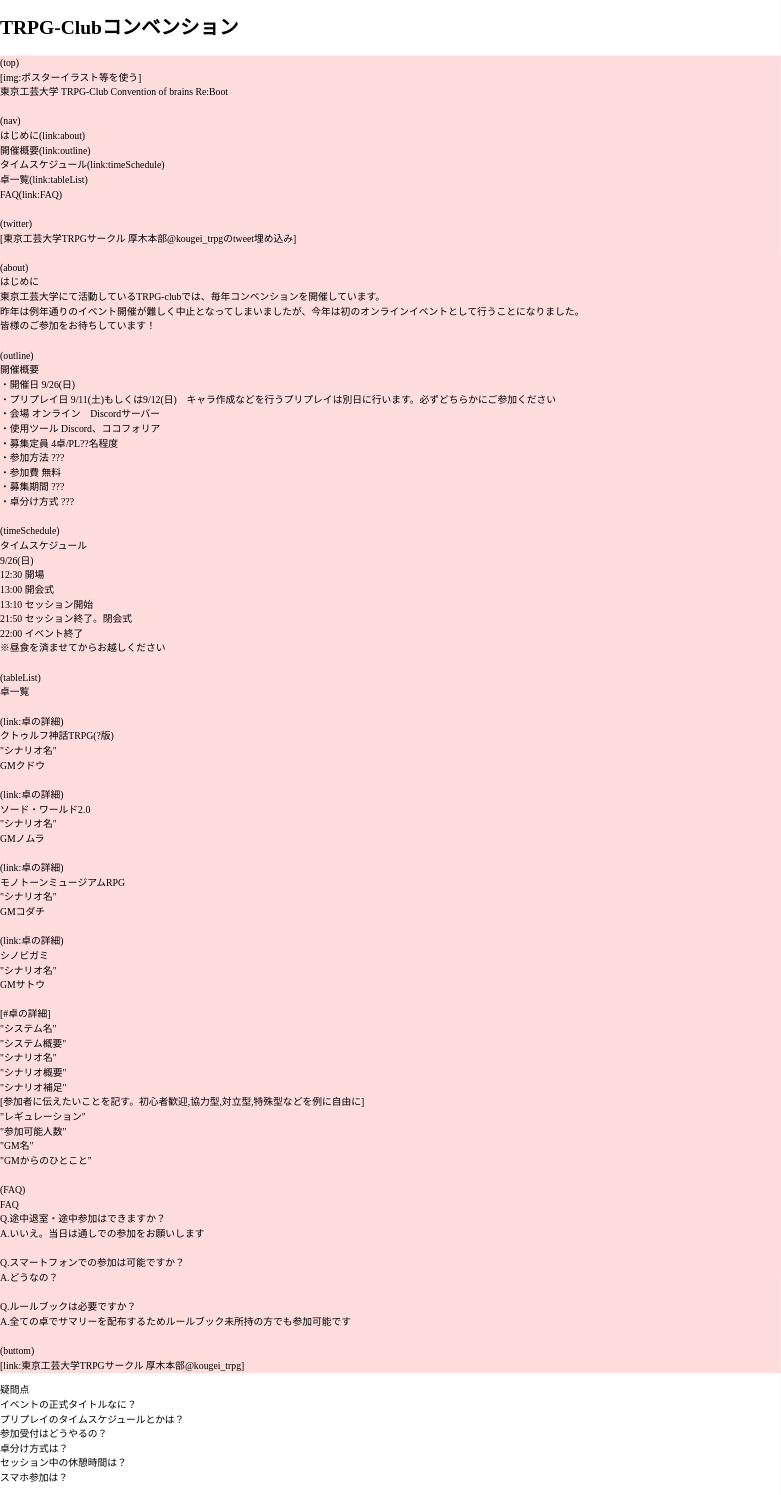
Repository: 0006hal/tpucon21
Page: index.html
These files come from the project's save history. The page is drawn as it stood at one moment and after the next save; the edit follows.
The browser window is 1280 px wide. The pictures show the whole page, at 61% of full size.

Above is the page before, as saved 2021-07-10 00:00:21.

### index.html
<!DOCTYPE html>
<html lang="ja">
<head>
  <meta charset="UTF-8">
  <meta http-equiv="X-UA-Compatible" content="IE=edge">
  <meta name="viewport" content="width=device-width, initial-scale=1.0">
  <meta name="description" content="東京工芸大学TRPG-Clubのコンベンションのサイトです">
  <title>TRPG-Clubコンベンション</title>
  <link rel="stylesheet" href="css/sanitize.css">
  <link rel="stylesheet" href="css/style.css">
</head>
<body>
  <header>
    <h1>TRPG-Clubコンベンション</h1>
  </header>
  <main>
    <p>
    (top)<br>
    [img:ポスターイラスト等を使う]<br>
    東京工芸大学 TRPG-Club Convention of brains Re:Boot<br>
    <br>
    (nav)<br>
    はじめに(link:about)<br>
    開催概要(link:outline)<br>
    タイムスケジュール(link:timeSchedule)<br>
    卓一覧(link:tableList)<br>
    FAQ(link:FAQ)<br>
    <br>
    (twitter)<br>
    [東京工芸大学TRPGサークル 厚木本部@kougei_trpgのtweet埋め込み]<br>
    <br>
    (about)<br>
    はじめに<br>
    東京工芸大学にて活動しているTRPG-clubでは、毎年コンベンションを開催しています。<br>
    昨年は例年通りのイベント開催が難しく中止となってしまいましたが、今年は初のオンラインイベントとして行うことになりました。<br>
    皆様のご参加をお待ちしています！<br>
    <br>
    (outline)<br>
    開催概要<br>
    ・開催日 9/26(日)<br>
    ・プリプレイ日 9/11(土)もしくは9/12(日)　キャラ作成などを行うプリプレイは別日に行います。必ずどちらかにご参加ください<br>
    ・会場 オンライン　Discordサーバー<br>
    ・使用ツール Discord、ココフォリア<br>
    ・募集定員 4卓/PL??名程度<br>
    ・参加方法 ???<br>
    ・参加費 無料<br>
    ・募集期間 ???<br>
    ・卓分け方式 ???<br>
    <br>
    (timeSchedule)<br>
    タイムスケジュール<br>
    9/26(日)<br>
    12:30 開場<br>
    13:00 開会式<br>
    13:10 セッション開始<br>
    21:50 セッション終了。閉会式<br>
    22:00 イベント終了<br>
    ※昼食を済ませてからお越しください<br>
    <br>
    (tableList)<br>
    卓一覧<br>
    <br>
    (link:卓の詳細)<br>
    クトゥルフ神話TRPG(?版)<br>
    "シナリオ名"<br>
    GMクドウ<br>
    <br>
    (link:卓の詳細)<br>
    ソード・ワールド2.0<br>
    "シナリオ名"<br>
    GMノムラ<br>
    <br>
    (link:卓の詳細)<br>
    モノトーンミュージアムRPG<br>
    "シナリオ名"<br>
    GMコダチ<br>
    <br>
    (link:卓の詳細)<br>
    シノビガミ<br>
    "シナリオ名"<br>
    GMサトウ<br>
    <br>
    [#卓の詳細]<br>
    "システム名"<br>
    "システム概要"<br>
    "シナリオ名"<br>
    "シナリオ概要"<br>
    "シナリオ補足"<br>
    [参加者に伝えたいことを記す。初心者歓迎,協力型,対立型,特殊型などを例に自由に]<br>
    "レギュレーション"<br>
    "参加可能人数"<br>
    "GM名"<br>
    "GMからのひとこと"<br>
    <br>
    (FAQ)<br>
    FAQ<br>
    Q.途中退室・途中参加はできますか？<br>
    A.いいえ。当日は通しでの参加をお願いします<br>
    <br>
    Q.スマートフォンでの参加は可能ですか？<br>
    A.どうなの？<br>
    <br>
    Q.ルールブックは必要ですか？<br>
    A.全ての卓でサマリーを配布するためルールブック未所持の方でも参加可能です<br>
    <br>
    (buttom)<br>
    [link:東京工芸大学TRPGサークル 厚木本部@kougei_trpg]<br>
    </p>
  </main>
  <p>
  疑問点<br>
  イベントの正式タイトルなに？<br>
  プリプレイのタイムスケジュールとかは？<br>
  参加受付はどうやるの？<br>
  卓分け方式は？<br>
  セッション中の休憩時間は？<br>
  スマホ参加は？<br>
</p>
</body>
</html>

### css/sanitize.css
/* Document
 * ========================================================================== */

/**
 * Add border box sizing in all browsers (opinionated).
 */

*,
::before,
::after {
  box-sizing: border-box;
}

/**
 * 1. Add text decoration inheritance in all browsers (opinionated).
 * 2. Add vertical alignment inheritance in all browsers (opinionated).
 */

::before,
::after {
  text-decoration: inherit; /* 1 */
  vertical-align: inherit; /* 2 */
}

/**
 * 1. Use the default cursor in all browsers (opinionated).
 * 2. Change the line height in all browsers (opinionated).
 * 3. Use a 4-space tab width in all browsers (opinionated).
 * 4. Remove the grey highlight on links in iOS (opinionated).
 * 5. Prevent adjustments of font size after orientation changes in
 *    IE on Windows Phone and in iOS.
 * 6. Breaks words to prevent overflow in all browsers (opinionated).
 */

html {
  cursor: default; /* 1 */
  line-height: 1.5; /* 2 */
  -moz-tab-size: 4; /* 3 */
  tab-size: 4; /* 3 */
  -webkit-tap-highlight-color: transparent /* 4 */;
  -ms-text-size-adjust: 100%; /* 5 */
  -webkit-text-size-adjust: 100%; /* 5 */
  word-break: break-word; /* 6 */
}

/* Sections
 * ========================================================================== */

/**
 * Remove the margin in all browsers (opinionated).
 */

body {
  margin: 0;
}

/**
 * Correct the font size and margin on `h1` elements within `section` and
 * `article` contexts in Chrome, Edge, Firefox, and Safari.
 */

h1 {
  font-size: 2em;
  margin: 0.67em 0;
}

/* Grouping content
 * ========================================================================== */

/**
 * Remove the margin on nested lists in Chrome, Edge, IE, and Safari.
 */

dl dl,
dl ol,
dl ul,
ol dl,
ul dl {
  margin: 0;
}

/**
 * Remove the margin on nested lists in Edge 18- and IE.
 */

ol ol,
ol ul,
ul ol,
ul ul {
  margin: 0;
}

/**
 * 1. Add the correct sizing in Firefox.
 * 2. Show the overflow in Edge 18- and IE.
 */

hr {
  height: 0; /* 1 */
  overflow: visible; /* 2 */
}

/**
 * Add the correct display in IE.
 */

main {
  display: block;
}

/**
 * Remove the list style on navigation lists in all browsers (opinionated).
 */

nav ol,
nav ul {
  list-style: none;
  padding: 0;
}

/**
 * 1. Correct the inheritance and scaling of font size in all browsers.
 * 2. Correct the odd `em` font sizing in all browsers.
 */

pre {
  font-family: monospace, monospace; /* 1 */
  font-size: 1em; /* 2 */
}

/* Text-level semantics
 * ========================================================================== */

/**
 * Remove the gray background on active links in IE 10.
 */

a {
  background-color: transparent;
}

/**
 * Add the correct text decoration in Edge 18-, IE, and Safari.
 */

abbr[title] {
  text-decoration: underline;
  text-decoration: underline dotted;
}

/**
 * Add the correct font weight in Chrome, Edge, and Safari.
 */

b,
strong {
  font-weight: bolder;
}

/**
 * 1. Correct the inheritance and scaling of font size in all browsers.
 * 2. Correct the odd `em` font sizing in all browsers.
 */

code,
kbd,
samp {
  font-family: monospace, monospace; /* 1 */
  font-size: 1em; /* 2 */
}

/**
 * Add the correct font size in all browsers.
 */

small {
  font-size: 80%;
}

/* Embedded content
 * ========================================================================== */

/*
 * Change the alignment on media elements in all browsers (opinionated).
 */

audio,
canvas,
iframe,
img,
svg,
video {
  vertical-align: middle;
}

/**
 * Add the correct display in IE 9-.
 */

audio,
video {
  display: inline-block;
}

/**
 * Add the correct display in iOS 4-7.
 */

audio:not([controls]) {
  display: none;
  height: 0;
}

/**
 * Remove the border on iframes in all browsers (opinionated).
 */

iframe {
  border-style: none;
}

/**
 * Remove the border on images within links in IE 10-.
 */

img {
  border-style: none;
}

/**
 * Change the fill color to match the text color in all browsers (opinionated).
 */

svg:not([fill]) {
  fill: currentColor;
}

/**
 * Hide the overflow in IE.
 */

svg:not(:root) {
  overflow: hidden;
}

/* Tabular data
 * ========================================================================== */

/**
 * Collapse border spacing in all browsers (opinionated).
 */

table {
  border-collapse: collapse;
}

/* Forms
 * ========================================================================== */

/**
 * Remove the margin on controls in Safari.
 */

button,
input,
select {
  margin: 0;
}

/**
 * 1. Show the overflow in IE.
 * 2. Remove the inheritance of text transform in Edge 18-, Firefox, and IE.
 */

button {
  overflow: visible; /* 1 */
  text-transform: none; /* 2 */
}

/**
 * Correct the inability to style buttons in iOS and Safari.
 */

button,
[type="button"],
[type="reset"],
[type="submit"] {
  -webkit-appearance: button;
}

/**
 * 1. Change the inconsistent appearance in all browsers (opinionated).
 * 2. Correct the padding in Firefox.
 */

fieldset {
  border: 1px solid #a0a0a0; /* 1 */
  padding: 0.35em 0.75em 0.625em; /* 2 */
}

/**
 * Show the overflow in Edge 18- and IE.
 */

input {
  overflow: visible;
}

/**
 * 1. Correct the text wrapping in Edge 18- and IE.
 * 2. Correct the color inheritance from `fieldset` elements in IE.
 */

legend {
  color: inherit; /* 2 */
  display: table; /* 1 */
  max-width: 100%; /* 1 */
  white-space: normal; /* 1 */
}

/**
 * 1. Add the correct display in Edge 18- and IE.
 * 2. Add the correct vertical alignment in Chrome, Edge, and Firefox.
 */

progress {
  display: inline-block; /* 1 */
  vertical-align: baseline; /* 2 */
}

/**
 * Remove the inheritance of text transform in Firefox.
 */

select {
  text-transform: none;
}

/**
 * 1. Remove the margin in Firefox and Safari.
 * 2. Remove the default vertical scrollbar in IE.
 * 3. Change the resize direction in all browsers (opinionated).
 */

textarea {
  margin: 0; /* 1 */
  overflow: auto; /* 2 */
  resize: vertical; /* 3 */
}

/**
 * Remove the padding in IE 10-.
 */

[type="checkbox"],
[type="radio"] {
  padding: 0;
}

/**
 * 1. Correct the odd appearance in Chrome, Edge, and Safari.
 * 2. Correct the outline style in Safari.
 */

[type="search"] {
  -webkit-appearance: textfield; /* 1 */
  outline-offset: -2px; /* 2 */
}

/**
 * Correct the cursor style of increment and decrement buttons in Safari.
 */

::-webkit-inner-spin-button,
::-webkit-outer-spin-button {
  height: auto;
}

/**
 * Correct the text style of placeholders in Chrome, Edge, and Safari.
 */

::-webkit-input-placeholder {
  color: inherit;
  opacity: 0.54;
}

/**
 * Remove the inner padding in Chrome, Edge, and Safari on macOS.
 */

::-webkit-search-decoration {
  -webkit-appearance: none;
}

/**
 * 1. Correct the inability to style upload buttons in iOS and Safari.
 * 2. Change font properties to `inherit` in Safari.
 */

::-webkit-file-upload-button {
  -webkit-appearance: button; /* 1 */
  font: inherit; /* 2 */
}

/**
 * Remove the inner border and padding of focus outlines in Firefox.
 */

::-moz-focus-inner {
  border-style: none;
  padding: 0;
}

/**
 * Restore the focus outline styles unset by the previous rule in Firefox.
 */

:-moz-focusring {
  outline: 1px dotted ButtonText;
}

/**
 * Remove the additional :invalid styles in Firefox.
 */

:-moz-ui-invalid {
  box-shadow: none;
}

/* Interactive
 * ========================================================================== */

/*
 * Add the correct display in Edge 18- and IE.
 */

details {
  display: block;
}

/*
 * Add the correct styles in Edge 18-, IE, and Safari.
 */

dialog {
  background-color: white;
  border: solid;
  color: black;
  display: block;
  height: -moz-fit-content;
  height: -webkit-fit-content;
  height: fit-content;
  left: 0;
  margin: auto;
  padding: 1em;
  position: absolute;
  right: 0;
  width: -moz-fit-content;
  width: -webkit-fit-content;
  width: fit-content;
}

dialog:not([open]) {
  display: none;
}

/*
 * Add the correct display in all browsers.
 */

summary {
  display: list-item;
}

/* Scripting
 * ========================================================================== */

/**
 * Add the correct display in IE 9-.
 */

canvas {
  display: inline-block;
}

/**
 * Add the correct display in IE.
 */

template {
  display: none;
}

/* User interaction
 * ========================================================================== */

/*
 * 1. Remove the tapping delay in IE 10.
 * 2. Remove the tapping delay on clickable elements
      in all browsers (opinionated).
 */

a,
area,
button,
input,
label,
select,
summary,
textarea,
[tabindex] {
  -ms-touch-action: manipulation; /* 1 */
  touch-action: manipulation; /* 2 */
}

/**
 * Add the correct display in IE 10-.
 */

[hidden] {
  display: none;
}

/* Accessibility
 * ========================================================================== */

/**
 * Change the cursor on busy elements in all browsers (opinionated).
 */

[aria-busy="true"] {
  cursor: progress;
}

/*
 * Change the cursor on control elements in all browsers (opinionated).
 */

[aria-controls] {
  cursor: pointer;
}

/*
 * Change the cursor on disabled, not-editable, or otherwise
 * inoperable elements in all browsers (opinionated).
 */

[aria-disabled="true"],
[disabled] {
  cursor: not-allowed;
}

/*
 * Change the display on visually hidden accessible elements
 * in all browsers (opinionated).
 */

[aria-hidden="false"][hidden] {
  display: initial;
}

[aria-hidden="false"][hidden]:not(:focus) {
  clip: rect(0, 0, 0, 0);
  position: absolute;
}

### css/style.css
main {
  background: #ffdddd;
}

After the next save:
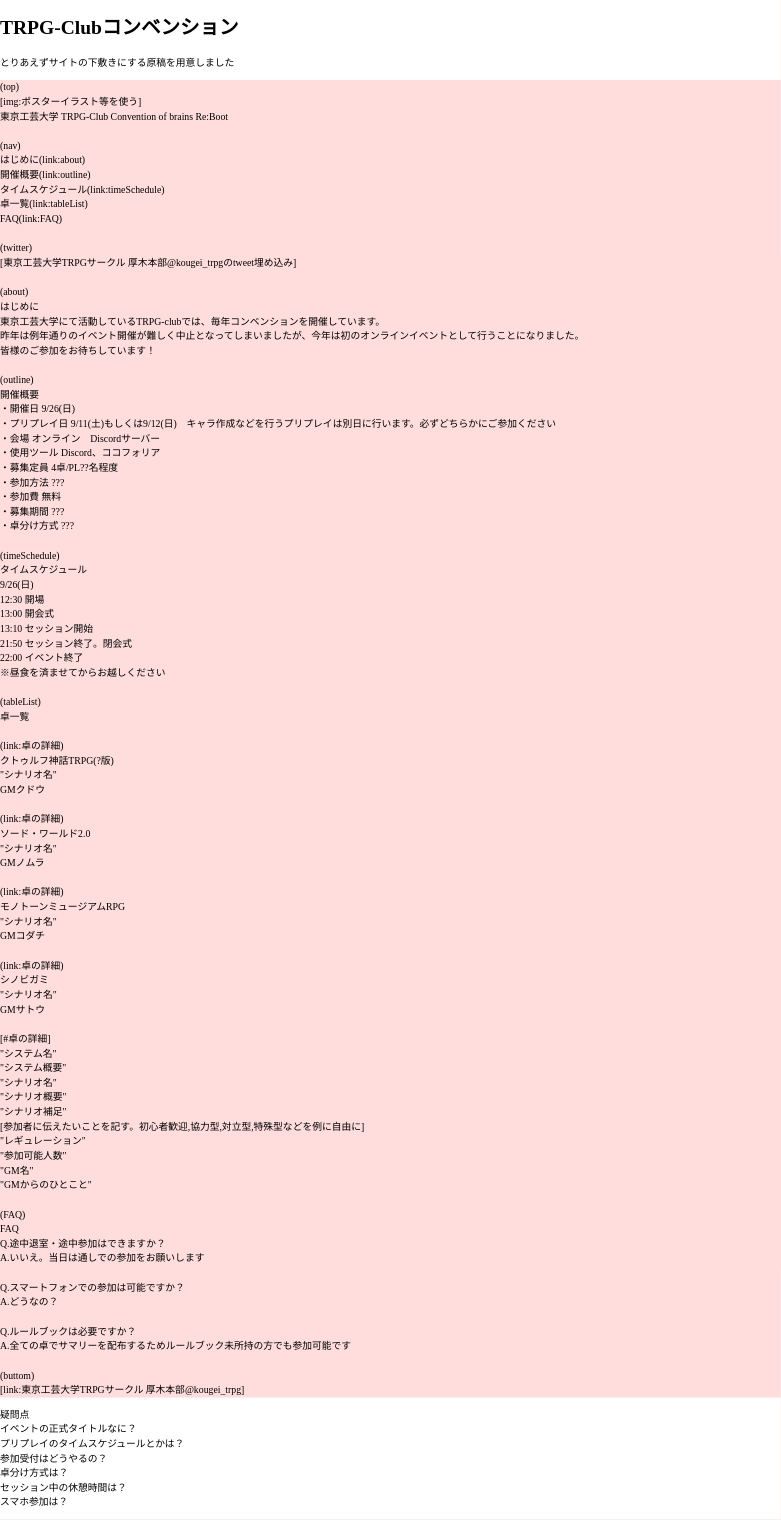
Saved 102 s later.
--- a/index.html
+++ b/index.html
@@ -12,6 +12,7 @@
 <body>
   <header>
     <h1>TRPG-Clubコンベンション</h1>
+    <p>とりあえずサイトの下敷きにする原稿を用意しました</p>
   </header>
   <main>
     <p>
